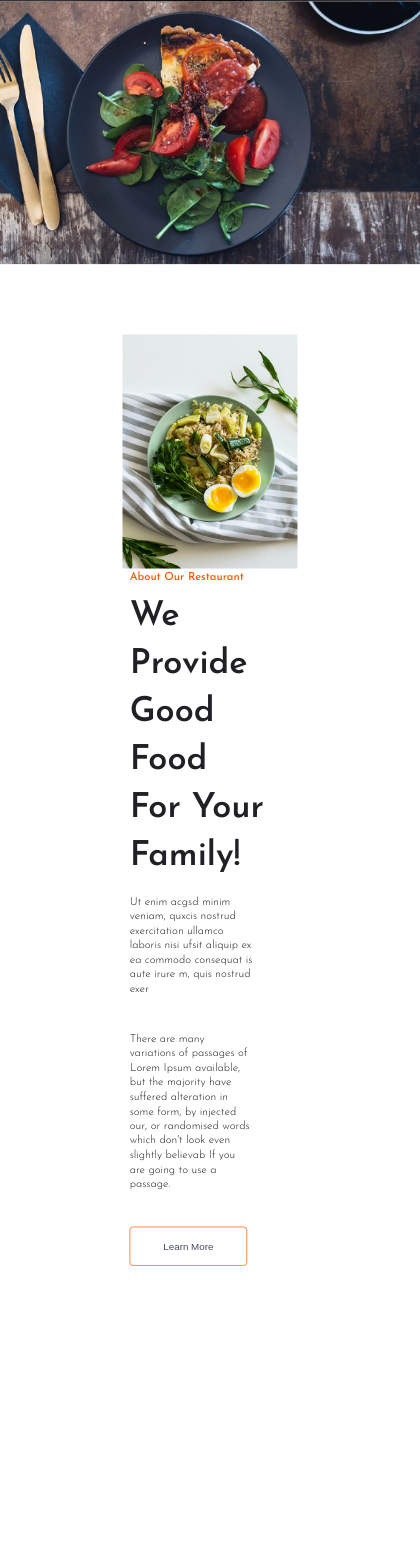
Repository: Ebtehal18/food
Page: index.html
The author's editor kept a copy of each file at every save. The page is drawn from the files as they stood at one save, then again after the next save.
The browser window is 600 px wide. The pictures show the part of the page from y = 4036 to 6276 px (the page is 10000 px tall), at 70% of full size.

Above is the page before, as saved 2024-01-18 19:40:59.

### index.html
<!DOCTYPE html>
<html lang="en">
  <head>
    <meta charset="UTF-8" />
    <meta name="viewport" content="width=device-width, initial-scale=1.0" />
    <title>Food All</title>
    <link rel="preconnect" href="https://fonts.googleapis.com">
    <link rel="preconnect" href="https://fonts.gstatic.com" crossorigin>
    <link href="https://fonts.googleapis.com/css2?family=Josefin+Sans:wght@200;300;400;500;600;700&display=swap" rel="stylesheet">
    <link rel="stylesheet" href="asessets/css/style.css" />
    <link rel="stylesheet" href="asessets/css/External/all.min.css" />
  </head>
  <body>
    <!-- nav bar -->
    <header class="header">
      <div class="logo"><img src="asessets/imgs/logo.png" alt="logo" /></div>
      <label for="checkbox"><i class="fa-solid fa-bars"></i></label>
      <input type="checkbox" id="checkbox">
      <nav class="nav">
        <ul class="nav-list">
          <li class="list-item"><a href="#">Home</a></li>
          <li class="list-item"><a href="#">About</a></li>
          <li class="list-item"><a href="#">Menu</a></li>
          <li class="list-item">
            <a href="#">Blog</a>
            <ul class="dropdown-list">
              <li class="dropdown-item"><a href="#">Blog</a></li>
              <li class="dropdown-item"><a href="#">Blog Details</a></li>
              <li class="dropdown-item"><a href="#">Element</a></li>
            </ul>
          </li>
          <li class="list-item"><a href="#">Contact</a></li>
        </ul>
      </nav>
      <button class="btn btn-nav">Order Online</button>
    </header>

    <!-- hero -->

    <section class="hero">
      <div class="container">
        <div class="row">
         <div class="hero-content">
           <span class="span">Discover Your Teste</span>
          <h1>We belive good food offer great smile</h1>
          <p>
            Ut enim ad minim veniam, quis nostrud exercitation ullamco laboris
            nisi ut aliquip ex ea commodo consequat is aute irure.
          </p>
          <button class="btn-hero">Resurvation</button>
        </div>
          </div>
        </div>
      </div>
    </section>

  <!-- about -->
    <section class="about">
      <div class="container">
        <div class="row">
        <div class="about-content">
          <span class="span">Discover Your Teste</span>
          <h2>We Provide Good Food For Your Family!</h2>
          <p>Ut enim acgsd minim veniam, quxcis nostrud exercitation ullamco laboris nisi ufsit aliquip ex ea commodo consequat is aute irure m, quis nostrud exer.</p>
          <div class="row">
        <div class="about-detail">
          <div class="about-icon">
            <img src="asessets/imgs/cooking.png" alt="cooking">
          </div>
        <p>Ut enim ad minim veniam, quis nostrud exer.</p>
      </div>
        <div class="about-detail">
          <div class="about-icon">
            <img src="asessets/imgs/restaurant.png" alt="cooking">
          </div>
        <p>Ut enim ad minim veniam, quis nostrud exer.</p>
      </div>
        <div class="about-detail">
          <div class="about-icon">
            <img src="asessets/imgs/chef.png" alt="cooking">
          </div>
        <p>Ut enim ad minim veniam, quis nostrud exer.</p>
      </div>
        <div class="about-detail">
          <div class="about-icon">
            <img src="asessets/imgs/cooking.png" alt="cooking">
          </div>
        <p>Ut enim ad minim veniam, quis nostrud exer.</p>
      </div>
          </div>
        </div>
        <div class="about-img">
          <img src="asessets/imgs/about.png" alt="chef's img">
        </div>
        </div>
      </div>
    </section>
    <!-- menu -->
    <section class="menu-sec">
      <div class="menu">
         <div class="container">
        <div class="menu-heading">
          <span class="span">Our Offerd Menu</span>
          <h2>Some Trendy And Popular Courses Offerd</h2>
          <ul class="list-menu">
            <li class="menu-item"><a href="#">special</a></li>
            <li  class="menu-item"><a href="#">breakfact</a></li>
            <li  class="menu-item"><a href="#">lunch</a></li>
            <li  class="menu-item"><a href="#">dinner</a></li>
          </ul>
        </div>


      </div>
    </div>
      <div class="grid-menu">
        <div class="menu-img">
          <div class="overlay">
            <span class="span">$25</span>
            <h2>Delicious Food</h2>
            <p>Ut enim ad minim veniam quis nostr.</p>
            <button class="btn-hero">Order Now</button>
          </div>
        </div>
        <div class="menu-img"> <div class="overlay">
          <span class="span">$25</span>
          <h2>Delicious Food</h2>
          <p>Ut enim ad minim veniam quis nostr.</p>
          <button class="btn-hero">Order Now</button>
        </div></div>
        <div class="menu-img"> <div class="overlay">
          <span class="span">$25</span>
          <h2>Delicious Food</h2>
          <p>Ut enim ad minim veniam quis nostr.</p>
          <button class="btn-hero">Order Now</button>
        </div></div>
        <div class="menu-img"> <div class="overlay">
          <span class="span">$25</span>
          <h2>Delicious Food</h2>
          <p>Ut enim ad minim veniam quis nostr.</p>
          <button class="btn-hero">Order Now</button>
        </div></div>

      </div>
    </section>
    <!-- blog -->
    <section class="blog">
      <div class="container">
        <div class="row">
          <div class="blog-img">
            <img src="asessets/imgs/about2.png" alt="">
          </div>
          <div class="blog-content">
            <span class="span">About Our Restaurant</span>
            <h2>We Provide Good Food For Your Family!</h2>
            <p>Ut enim acgsd minim veniam, quxcis nostrud exercitation ullamco laboris nisi ufsit aliquip ex ea commodo consequat is aute irure m, quis nostrud exer</p>
            <p>There are many variations of passages of Lorem Ipsum available, but the majority have suffered alteration in some form, by injected our, or randomised words which don't look even slightly believab If you are going to use a passage.</p>
            <button class="btn">Learn More</button>
          </div>
        </div>
      </div>
    </section>

  </body>
</html>

### asessets/css/style.css
/*
=======================================================
          public styles
======================================================= */
*,
*::after,
*::before {
  margin: 0;
  padding: 0;
  box-sizing: border-box;
}
html,
body {
  overflow-x: hidden;
}
body {
  font-family: "Josefin Sans", sans-serif;
  color: #141517;
  height: 10000px;
}
a {
  text-decoration: none;
}
li {
  list-style: none;
}
.container {
  width: 85%;
  margin: auto;
}
.row {
  display: flex;
  justify-content: space-between;
  align-items: flex-start;
}
.span {
  color: #ff5600;
  font-size: 16px;
  font-weight: 500;
  display: inline-block;
}
h2 {
  margin: 15px 0 20px;
  color: #212025;
  font-size: 49px;
  font-weight: 600;
  line-height: 1.4;
  width: 83%;
}
p {
  width: 77%;
  color: #212025;
  font-size: 16px;
  font-weight: 400;
  line-height: 1.3;
}

@media (max-width: 767px) {
  .row {
    flex-flow: column wrap;
  }
}

/*
=====================================================
            end public styles
=====================================================
 */

/* ===============
        navbar
 ================= */
.header {
  z-index: 999;
  display: flex;
  background-color: #fff;
  position: fixed;
  justify-content: space-around;
  align-items: center;
  top: 0;
  padding: 20px 65px;
  width: 100%;
}
.header .logo {
  width: 46%;
}
.header .nav .nav-list .list-item {
  padding: 0 30px;
  display: inline-block;
}
.header .nav .nav-list .list-item a {
  color: #141517;
  font-weight: 400;
  font-size: 16px;
  text-decoration: none;
}
.header .nav .nav-list .list-item a:hover {
  color: #ff5600;
}
.header .nav .nav-list .list-item:nth-child(4) {
  position: relative;
}
.header .nav .list-item .dropdown-list {
  padding: 10px 15px;
  background-color: #fff;
  position: absolute;
  top: 44px;
  left: -4px;
  opacity: 0;
  transition: all 0.4s ease-in;
  -webkit-transition: all 0.4s ease-in;
  -moz-transition: all 0.4s ease-in;
  -ms-transition: all 0.4s ease-in;
  -o-transition: all 0.4s ease-in;
}
.header .nav .nav-list .list-item:nth-child(4):hover .dropdown-list {
  opacity: 1;
  top: 63px;
}

.header .nav .list-item .dropdown-list li {
  width: 140px;
  display: inline-block;
  margin-bottom: 20px;
}
.header .btn,
.blog .btn {
  position: relative;
  z-index: 1;
  cursor: pointer;
  color: #464d65;
  outline: none;
  border: 1px solid #ff5600;
  font-size: 14px;
  font-weight: 500;
  background-color: transparent;
  padding: 19px 47px;
  border-radius: 5px;
  -webkit-border-radius: 5px;
  -moz-border-radius: 5px;
  -ms-border-radius: 5px;
  -o-border-radius: 5px;
  transition: all 0.4s ease-in;
  -webkit-transition: all 0.4s ease-in;
  -moz-transition: all 0.4s ease-in;
  -ms-transition: all 0.4s ease-in;
  -o-transition: all 0.4s ease-in;
}
.header .btn::before,
.blog .btn::before {
  background-color: #ff5600;
  position: absolute;
  content: "";
  top: 0;
  left: 0;
  height: 0%;
  width: 100%;
  z-index: -1;
  transition: all 0.4s ease-in;
  -webkit-transition: all 0.4s ease-in;
  -moz-transition: all 0.4s ease-in;
  -ms-transition: all 0.4s ease-in;
  -o-transition: all 0.4s ease-in;
}
.header .btn:hover,
.blog .btn:hover {
  color: #fff;
}
.header .btn:hover::before,
.blog .btn:hover::before {
  height: 100%;
}
.header input,
label {
  display: none;
}
@media (max-width: 1100px) {
  .header .logo {
    width: 20%;
  }
}

@media (max-width: 991px) {
  .header {
    justify-content: space-between;
    padding: 10px 20px;
  }
  .header .logo {
    width: 84%;
  }
  .header nav .nav-list {
    display: none;
  }
  .header .nav-list {
    padding: 20px 0;
    left: 0;
    right: 0;
    background-color: #ffb400fa;
    position: absolute;
    top: 100%;
  }

  .header .nav .nav-list .list-item {
    margin-bottom: 20px;
    padding: 0 30px;
    display: block;
  }
  .header .nav .nav-list .list-item a {
    color: #fff;
  }

  .header .nav .nav-list .list-item:nth-child(4):hover .dropdown-list {
    border-radius: 5px;
    left: 30px;
    top: 23px;
    background-color: #ff5600;
    -webkit-border-radius: 5px;
    -moz-border-radius: 5px;
    -ms-border-radius: 5px;
    -o-border-radius: 5px;
  }
  .header .nav .list-item .dropdown-list li {
    display: block;
  }
  .header .nav .list-item .dropdown-list a,
  .header .nav .list-item .dropdown-list a:hover {
    color: #fff;
  }
  .header .btn {
    display: none;
  }
  .header label {
    display: block;
  }
  .header label i {
    font-size: 24px;
  }
  .header input:checked + nav .nav-list {
    display: block;
  }
}

/* ===============
       end  navbar
 ================= */
/* ===============
       hero
 ================= */
.hero {
  display: flex;
  width: 100%;
  height: 1080px;
  background-image: url(../imgs/h1_hero.png);
  background-size: cover;
  background-position: bottom;
}

.hero .hero-content h1 {
  margin-top: 40px;
  font-weight: 700;
  color: #212025;
  font-size: 87px;
  width: 80%;
  line-height: 1.4;
}
.hero .hero-content p {
  font-weight: 400;
  margin-bottom: 30px;
  line-height: 1.3;
  width: 44%;
  color: #212025;
  font-size: 16px;
}
.btn-hero {
  letter-spacing: 1.1px;
  position: relative;
  z-index: 1;
  cursor: pointer;
  color: #fff;
  outline: none;
  border: 1px solid #ff5600;
  font-size: 14px;
  font-weight: 500;
  background-color: #ff5600;
  padding: 19px 47px;
  border-radius: 5px;
  -webkit-border-radius: 5px;
  -moz-border-radius: 5px;
  -ms-border-radius: 5px;
  -o-border-radius: 5px;
  transition: all 0.4s ease-in;
  -webkit-transition: all 0.4s ease-in;
  -moz-transition: all 0.4s ease-in;
  -ms-transition: all 0.4s ease-in;
  -o-transition: all 0.4s ease-in;
}
.btn-hero::before {
  z-index: -1;
  content: "";
  background-color: rgba(0, 0, 0, 0.6);
  top: 0;
  left: 0;
  width: 0;
  height: 100%;
  position: absolute;
  transition: all 0.4s;
  -webkit-transition: all 0.4s;
  -moz-transition: all 0.4s;
  -ms-transition: all 0.4s;
  -o-transition: all 0.4s;
}
.btn-hero:hover::before {
  filter: grayscale(50%);
  width: 100%;
  -webkit-filter: grayscale(50%);
}
@media (max-width: 1100px) {
  .hero .hero-content {
    margin: 0;
  }
  .hero .hero-content h1 {
    font-size: 60px;
  }
}

@media (max-width: 991px) {
  .hero {
    height: 700px;
  }
  .hero .hero-content {
    margin: 0;
    padding: 206px 0 100px;
  }
  .hero .hero-content .span {
    margin-bottom: 40px;
  }
  .hero .hero-content h1 {
    width: 88%;
    font-size: 50px;
    margin-bottom: 40px;
  }
  .hero .hero-content p {
    line-height: 1.4;
    width: 74%;
  }
}

@media (max-width: 767px) {
  .hero {
    height: 600px;
  }
  .hero .hero-content {
    padding: 100px 0 0;
    margin: 0;
  }
  .hero .hero-content span {
    margin-bottom: 20px;
  }
  .hero .hero-content h1 {
    font-size: 27px;
    width: 100%;
    margin-bottom: 30px;
  }
  .hero .hero-content p {
    margin-bottom: 20px;
    width: 100%;
  }
}

/* about */

.about {
  padding: 100px 0;
}
.about .container .row {
  align-items: center;
}
.about .about-content {
  width: 50%;
}

.about .about-content .row {
  margin-top: 50px;
  display: grid;
  grid-template-columns: repeat(2, 1fr);
  gap: 20px;
}
.about .about-content .row .about-detail {
  display: flex;
  gap: 20px;
  align-items: center;
}
.about .about-content .row .about-detail p {
  width: 69%;
}

.about .row .about-detail .about-icon {
  width: 15%;
}
.about .row .about-detail .about-icon img,
.about .about-img img {
  width: 100%;
}
.about .about-img {
  width: 50%;
}
@media (max-width: 991px) {
  .about {
    padding: 50px 0;
  }
  .about .row {
    flex-flow: row wrap;
  }
  .about .about-content {
    width: 100%;
  }
  .about .about-content h2 {
    width: 100%;
    font-size: 27px;
  }
  .about .about-content .row {
    margin-top: 25px;
    display: grid;
    grid-template-columns: repeat(2, 1fr);
    gap: 20px;
  }
  .about .about-img {
    margin-top: 20px;
    width: 100%;
  }
}

@media (max-width: 767px) {
  .about {
    padding: 40px 0;
  }
  .about .about-content {
    width: 100%;
  }
  .about .about-content h2 {
    width: 100%;
    font-size: 27px;
  }
  .about .about-content .row {
    margin-top: 25px;
    display: grid;
    grid-template-columns: repeat(1, 1fr);
    gap: 20px;
  }
  .about .about-img {
    margin-top: 20px;
    width: 100%;
  }
}
/* menu */

.menu {
  background-image: url(../imgs/section_bg01.png);
  background-size: cover;
  background-position: center center;
  padding: 70px 0 50px;
}
.menu .menu-heading {
  text-align: center;
}

.menu .menu-heading h2 {
  line-height: 1.3;
  margin: auto;
  width: 59%;
  color: #212025;
  font-size: 49px;
  font-weight: 600;
  margin-top: 20px;
}
.menu .menu-heading .list-menu {
  align-items: center;
  margin-top: 70px;
  display: flex;
  justify-content: center;
  gap: 50px;
}

.menu .menu-heading .list-menu li a {
  text-transform: uppercase;
}

.menu .menu-heading .list-menu li:not(:first-child) a {
  z-index: 1;
  font-weight: 400;
  font-size: 16px;
  color: #1b1b1b;
  text-decoration: none;
}

.menu .menu-heading .list-menu li:first-child a {
  background-color: #ff5600;
  padding: 10px 22px;
  position: relative;
  color: #fff;
}
.menu .menu-heading .list-menu li:first-child a::before {
  top: 36px;
  left: 38%;
  content: "";
  position: absolute;
  width: 0;
  height: 0;
  border-bottom: 12px solid transparent;
  border-top: 10px solid #ff5600;
  border-left: 12px solid transparent;
  border-right: 12px solid transparent;
}

.menu-sec .grid-menu {
  display: grid;
  grid-template-columns: repeat(4, 1fr);
  grid-template-rows: repeat(2, 1fr);
}
.menu-sec .grid-menu .menu-img {
  overflow: hidden;
  position: relative;
}
.menu-sec .grid-menu .menu-img .overlay {
  width: 100%;
  height: 100%;
  display: flex;
  align-items: center;
  justify-content: center;
  flex-direction: column;
  position: absolute;
  z-index: 1;
  text-align: center;
  background-color: rgba(0, 0, 0, 0.6);
  opacity: 0;
  transition: all 0.4s ease-in;
  -webkit-transition: all 0.4s ease-in;
  -moz-transition: all 0.4s ease-in;
  -ms-transition: all 0.4s ease-in;
  top: 40%;
  -o-transition: all 0.4s ease-in;
}
.menu-sec .grid-menu .menu-img:hover .overlay {
  top: 0;
  opacity: 1;
}
.menu-sec .grid-menu .menu-img .overlay .span {
  font-size: 30px;
}
.menu-sec .grid-menu .menu-img .overlay h2 {
  color: #fff;
  font-size: 50px;
  font-weight: 700;
  margin-bottom: 20px;
}
.menu-sec .grid-menu .menu-img .overlay p {
  margin-bottom: 20px;
  color: #fff;
  font-size: 13px;
}

.menu-sec .grid-menu .menu-img:nth-child(1) {
  grid-column: 1/3;
  grid-row: 1/-1;
  background-image: url(../imgs/gallery1.png);
  background-size: cover;
  min-height: 730px;
}

.menu-sec .grid-menu .menu-img:nth-child(2) {
  background-image: url(../imgs/gallery2.png);
  background-size: cover;
  background-position: left;
  min-height: 730px;
  grid-row: 1/-1;
}
.menu-sec .grid-menu .menu-img:nth-child(3) {
  background-image: url(../imgs/gallery3.png);
  background-size: cover;
  background-position: left;
  min-height: 375px;
}
.menu-sec .grid-menu .menu-img:nth-child(4) {
  background-image: url(../imgs/gallery4.png);
  background-size: cover;
  background-position: left;
  min-height: 375px;
}

@media (max-width: 991px) {
  .menu .menu-heading h2 {
    width: 100%;
  }
  .menu-sec .grid-menu {
    display: grid;
    grid-template-columns: repeat(2, 1fr);
  }
  .menu-sec .grid-menu .menu-img:nth-child(1) {
    background-position: left;
    grid-column: 1/2;
  }
  .menu-sec .grid-menu .menu-img .overlay h2 {
    font-size: 35px;
  }
}
@media (max-width: 767px) {
  .menu .menu-heading h2 {
    width: 100%;
    font-size: 24px;
  }
  .menu .menu-heading .list-menu {
    flex-flow: row wrap;
    gap: 0;
  }
  .menu .menu-heading .list-menu .menu-item {
    width: 30%;
    margin-bottom: 20px;
  }
  .menu-sec .grid-menu {
    display: grid;
    grid-template-columns: unset;
    grid-template-rows: unset;
  }
  .menu-sec .grid-menu .menu-img:nth-child(1) {
    background-position: left;
    grid-column: unset;
    grid-row: unset;
  }
  .menu-sec .grid-menu .menu-img:nth-child(2) {
    grid-row: unset;
  }
  .menu-sec .grid-menu .menu-img .overlay h2 {
    font-size: 30px;
  }
}

/* blog */
.blog {
  padding: 100px 0;
}
.blog .row {
  align-items: center;
}
.blog .blog-content {
  width: 45%;
}
.blog .blog-content h2 {
  margin: 20 0;
  width: 85%;
}

.blog-content > p:first-of-type {
  margin-bottom: 20px;
  font-weight: 500;
}
.blog .blog-content p {
  margin-bottom: 20px;
  font-weight: 300;
  margin-bottom: 50px;
}
.blog .blog-img {
  width: 49%;
}
.blog .blog-img img {
  width: 100%;
}
@media (max-width: 767px) {
}

Loaded but not shown: asessets/css/External/all.min.css (library)

After the next save:
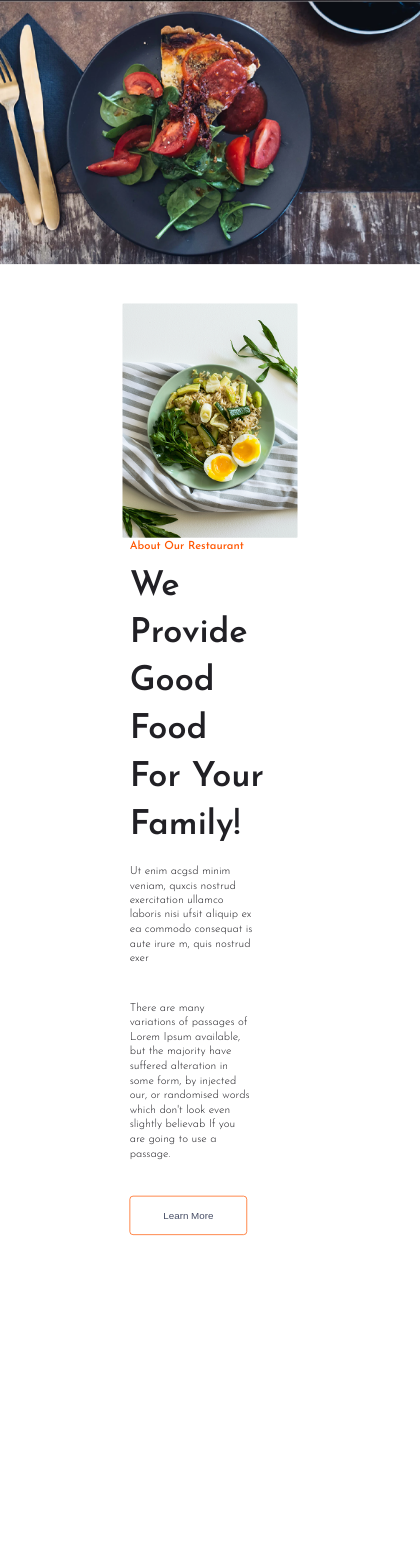
Saved 59 s later.
--- a/asessets/css/style.css
+++ b/asessets/css/style.css
@@ -665,4 +665,7 @@ label {
   width: 100%;
 }
 @media (max-width: 767px) {
-}
+  .blog {
+    padding: 56px 0;
+  }
+}
